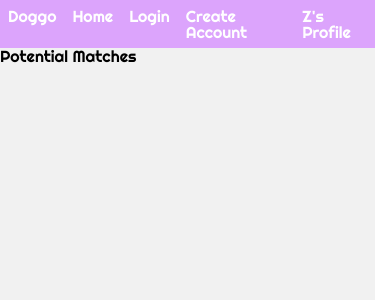
Repository: rh1456/capstone
Page: /
The author's editor kept a copy of each file at every save. The page is drawn from the files as they stood at one save, then again after the next save.
The browser window is 375 px wide. The pictures show the whole page.
The project was rebuilt for these pictures with package versions that can differ from the ones it lists, and the page was loaded fresh each time. Also part of the build but not shown: src/pages/DoggoLandingPage.jsx, src/pages/CreateAccout.jsx, src/pages/DogProfile.jsx.

Above is the page before, as saved 2019-12-15 19:14:57.

### public/index.html
<!DOCTYPE html>
<html lang="en">
  <head>
    <meta charset="utf-8" />
    <link rel="shortcut icon" href="%PUBLIC_URL%/favicon.ico" />
    <meta
      name="viewport"
      content="width=device-width, initial-scale=1, shrink-to-fit=no"
    />
    <meta name="theme-color" content="#000000" />
    <!--
      manifest.json provides metadata used when your web app is added to the
      homescreen on Android. See https://developers.google.com/web/fundamentals/web-app-manifest/
    -->
    <link rel="manifest" href="%PUBLIC_URL%/manifest.json" />
    <!--
      Notice the use of %PUBLIC_URL% in the tags above.
      It will be replaced with the URL of the `public` folder during the build.
      Only files inside the `public` folder can be referenced from the HTML.

      Unlike "/favicon.ico" or "favicon.ico", "%PUBLIC_URL%/favicon.ico" will
      work correctly both with client-side routing and a non-root public URL.
      Learn how to configure a non-root public URL by running `npm run build`.
    -->
    <link
      href="https://fonts.googleapis.com/css?family=Pacifico|Permanent+Marker|Righteous|Roboto&display=swap"
      rel="stylesheet"
    />
    <title>Capstone</title>
  </head>
  <body>
    <noscript>
      You need to enable JavaScript to run this app.
    </noscript>
    <div id="root"></div>
    <!--
      This HTML file is a template.
      If you open it directly in the browser, you will see an empty page.

      You can add webfonts, meta tags, or analytics to this file.
      The build step will place the bundled scripts into the <body> tag.

      To begin the development, run `npm start` or `yarn start`.
      To create a production bundle, use `npm run build` or `yarn build`.
    -->
  </body>
</html>

### src/index.css
@media (min-width: 320px) and (max-width: 480px) {
  :root {
    font: 16px / 1 sans-serif;
  }

  html {
    height: 100%;
  }
  body {
    margin: 0;
    min-height: 100%;
    background-color: #f1f1f1;
    font-family: 'Righteous', cursive;
  }
  .nav-bar-ul {
    display: flex;
    flex-direction: row;
    justify-content: space-between;
    margin: 0;
    height: 3rem;
    background-color: #dca4fc;
    padding: 0;
  }
  nav li {
    list-style: none;
    padding: 0.5rem;
    color: white;
  }
  .Nav-link {
    color: white;
    text-decoration: none;
  }
  /* Dog profile Stylings */
  .dog-profile-image {
    display: flex;
    justify-content: center;
    border-bottom: solid lightgrey;
  }
  .profile-image {
    height: 12rem;
    width: 8rem;
    margin: 0;
    border-radius: 8px;
    margin: 0.7rem;
  }
  .profile-about {
    display: flex;
    flex-direction: column;
    height: 5rem;
    font-size: 0.7rem;
  }
  .profile-about h1 {
    align-self: center;
  }
  .profile-about span {
    align-self: center;
    padding: 0.1rem;
  }
  .in-between {
    border-top: solid lightgrey;
    border-bottom: solid lightgrey;
    height: 3rem;
    display: flex;
    justify-content: center;
  }
  .main-about {
    border-bottom: solid lightgrey;
  }
  .profile-logo {
    margin: 0.5rem;
    height: 2rem;
    width: auto;
  }
  .meet {
    display: flex;
    flex-direction: column;
  }
  .meet h1 {
    align-self: center;
  }
  .meet p {
    padding: 1rem;
    font-size: 0.9rem;
    align-self: center;
  }
  .small-pro-pic {
    align-self: center;
    height: 4rem;
    width: auto;
    border: 2px solid black;
    border-radius: 50%;
    margin-top: 0.8rem;
  }
  .match-button {
    align-self: center;
    background-color: purple;
    height: 1.8rem;
    width: 8rem;
    border-radius: 25px;
    border: 3px solid black;
    color: white;
  }

  /* Dog Landing Stylings */
  .doggo-landing-body {
    margin: 0;
    min-height: 100%;
    background-color: #f1f1f1;
    font-family: 'Righteous', cursive;
  }
  .landing-page-logo {
    display: flex;
    justify-content: center;
    align-content: center;
    flex-direction: column;
  }
  .doggo-logo {
    height: 180px;
    width: 238px;
    align-self: center;
  }
  .doggo-text-section {
    padding-top: 2rem;
    padding-bottom: 2rem;
  }
  .doggo-text {
    display: flex;
    justify-content: center;
    align-content: center;
    font-size: 2rem;
  }

  .landing-button {
    display: flex;
    justify-content: center;
    align-content: center;
  }
  .create-account {
    background-color: purple;
    height: 3rem;
    width: 15rem;
    border-radius: 25px;
    border: 3px solid black;
    color: white;
    font-family: 'Roboto', sans-serif;
  }
  .existing-users {
    display: flex;
    padding-top: 3rem;
    justify-content: center;
    align-content: center;
  }
  /* Create Account Stylings */
  .create-account-div {
    display: flex;
    flex-direction: column;
    font-size: 2rem;
  }
  .submit-account {
    margin-top: 1rem;
    align-self: center;
    background-color: purple;
    height: 1.8rem;
    width: 8rem;
    border-radius: 25px;
    border: 3px solid black;
    color: white;
  }
}

### src/App.jsx
import React from 'react'
import { BrowserRouter as Router, Link, Route, Switch } from 'react-router-dom'
import MainPage from './pages/MainPage'
import DoggoLandingPage from './pages/DoggoLandingPage'
import CreateAccount from './pages/CreateAccout'
import DogProfile from './pages/DogProfile'

const App = () => {
  return (
    <Router>
      <header>
        <nav>
          <ul className="nav-bar-ul">
            <li>Doggo</li>
            <li>
              <Link className="Nav-link" to="/">
                Home
              </Link>
            </li>
            <li>
              <Link className="Nav-link" to="/1">
                Login
              </Link>
            </li>
            <li>
              <Link className="Nav-link" to="/2">
                Create Account
              </Link>
            </li>
            <li>
              <Link className="Nav-link" to="/3">
                Z's Profile
              </Link>
            </li>
          </ul>
        </nav>
      </header>
      <Switch>
        <Route exact path="/" component={MainPage}></Route>
        <Route exact path="/1" component={DoggoLandingPage}></Route>
        <Route exact path="/2" component={CreateAccount}></Route>
        <Route path="/3" component={DogProfile}></Route>
      </Switch>
    </Router>
  )
}

export default App

### src/pages/MainPage.jsx
import React from 'react'

const MainPage = () => {
  return (
    <div className="news-feed-body">
      <header className="newsfeed-header">Potential Matches</header>
    </div>
  )
}

export default MainPage

Loaded but not shown: src/index.js (common file)

After the next save:
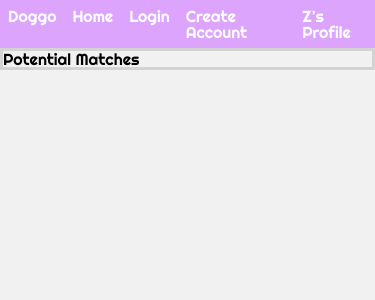
Saved 39 s later.
--- a/src/index.css
+++ b/src/index.css
@@ -166,4 +166,8 @@
     border: 3px solid black;
     color: white;
   }
+  /* Newsfeed Stylings */
+  .newsfeed-header {
+    border: solid lightgrey;
+  }
 }
